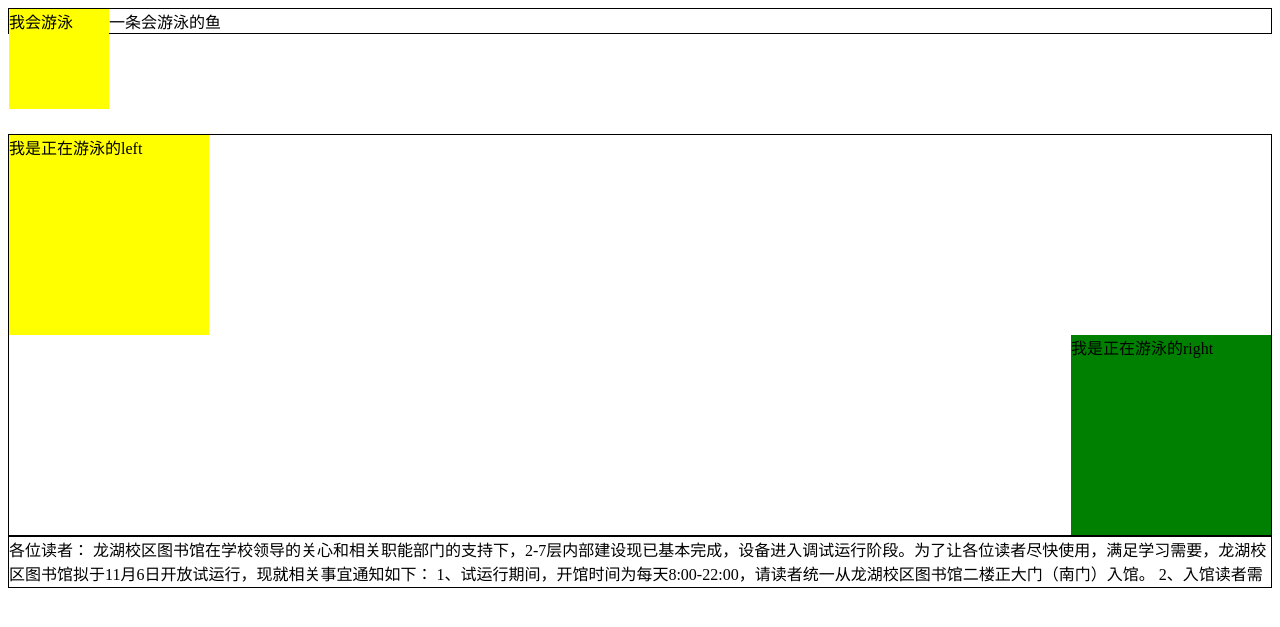
Repository: nanvon/front-end_byhuawei
Page: CSS浮动.html
The author's editor kept a copy of each file at every save. The page is drawn from the files as they stood at one save, then again after the next save.
The browser window is 1280 px wide. The pictures show the whole page.

Above is the page before, as saved 2020-12-09 21:26:41.

After the next save:
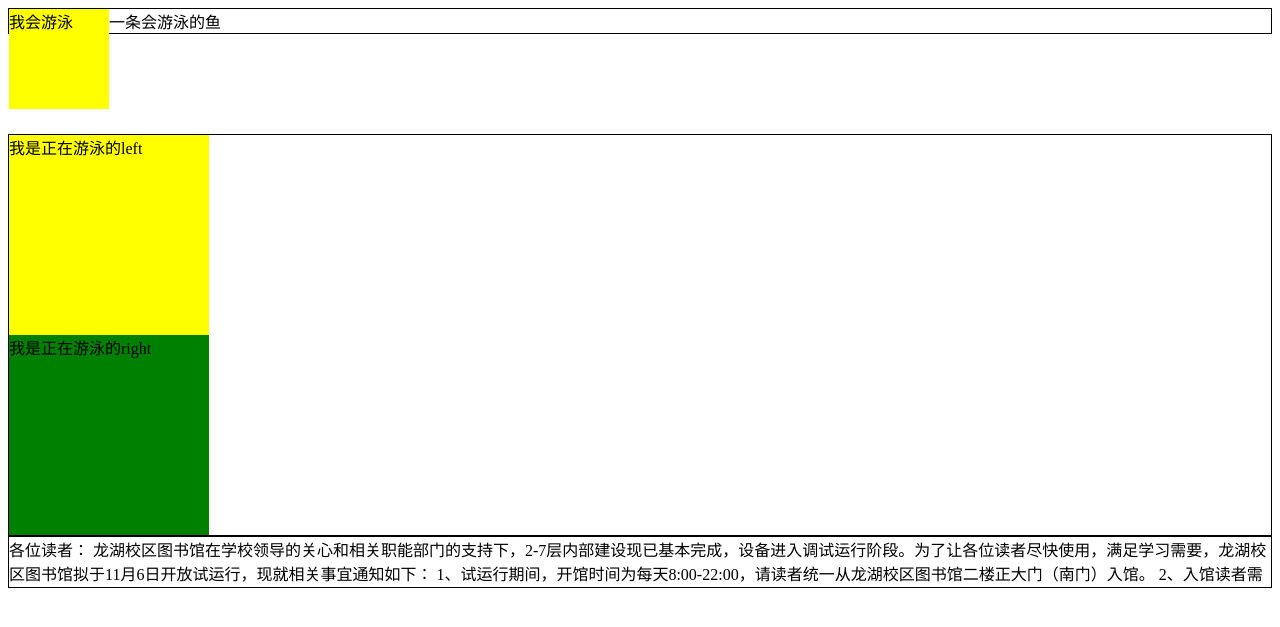
Saved 6 s later.
--- a/CSS浮动.html
+++ b/CSS浮动.html
@@ -32,7 +32,7 @@
             width: 200px;
             height: 200px;
             background: green;
-            float: right;
+            /* float: right; */
         }
         .clear{
             /* clear: both; */
